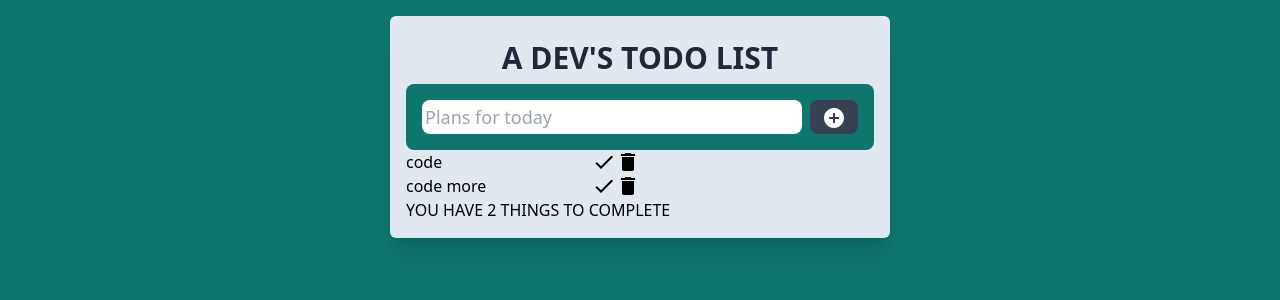
Repository: DevAntonioRogers/React-Todo-CRUD-App
Page: /
The author's editor kept a copy of each file at every save. The page is drawn from the files as they stood at one save, then again after the next save.
The browser window is 1280 px wide. The pictures show the whole page.
The project was rebuilt for these pictures with package versions that can differ from the ones it lists, and the page was loaded fresh each time. Also part of the build but not shown: vite.config.ts.

Above is the page before, as saved 2023-05-14 19:51:04.

After the next save:
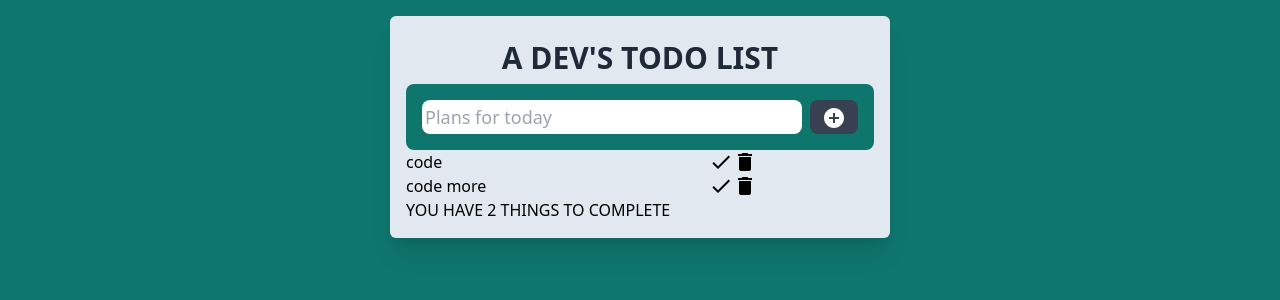
Saved 4 s later.
--- a/src/components/Todo.tsx
+++ b/src/components/Todo.tsx
@@ -8,7 +8,7 @@ interface TodoProps {
 const Todo = ({ todos }: TodoProps) => {
   return (
     <li>
-      <div className="flex items-center justify-between w-2/4">
+      <div className="flex items-center justify-between w-3/4">
         <p>{todos}</p>
         <div className="flex">
           <CheckIcon />
